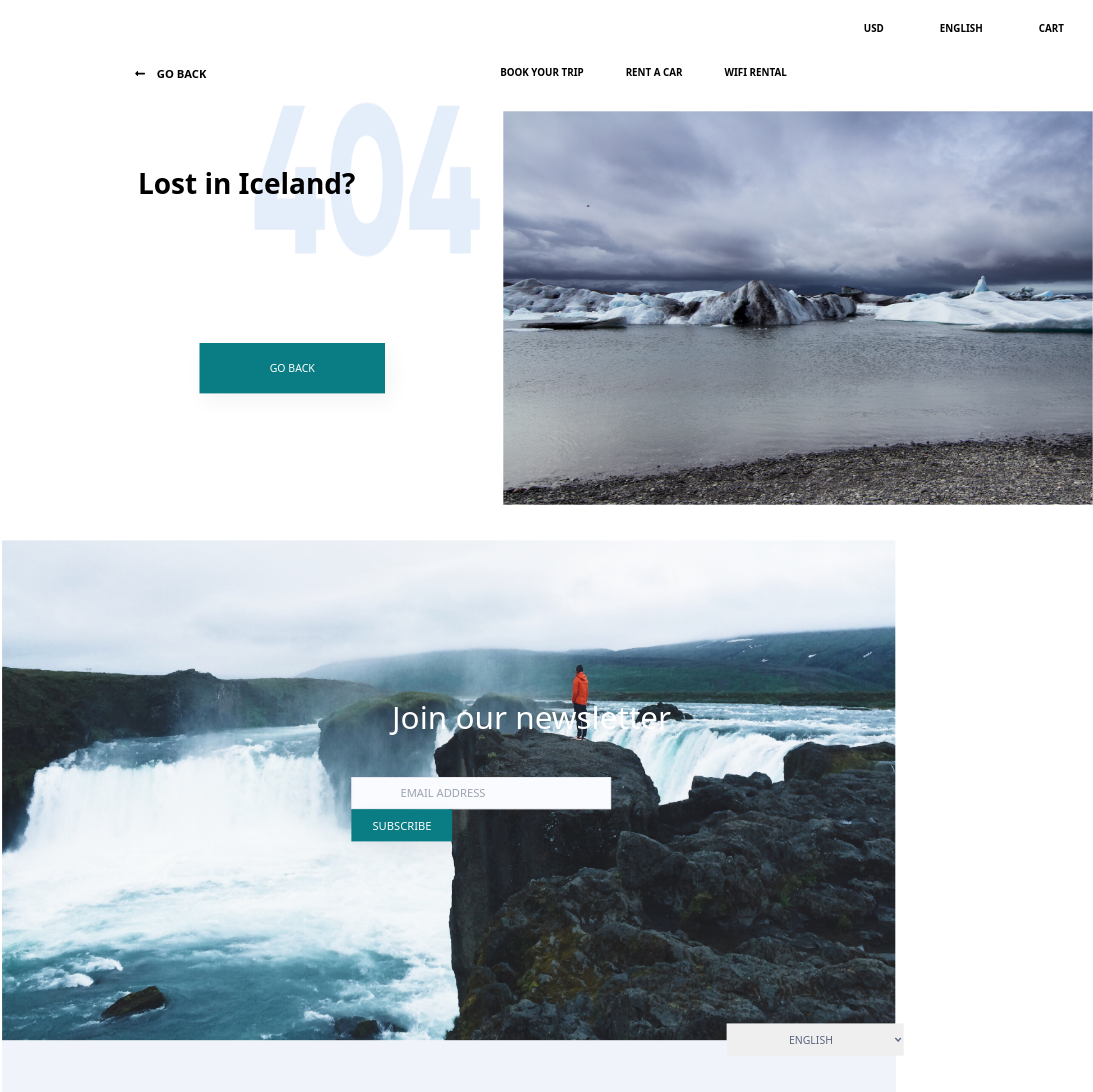
Repository: uh-sman/Iceland
Page: /
The author's editor kept a copy of each file at every save. The page is drawn from the files as they stood at one save, then again after the next save.
The browser window is 1280 px wide. The page is 1561 px wide, so the pictures cover 1561 px, including what lies to the right of the window. The pictures show the part of the page from y = 0 to 1560 px (the page is 2186 px tall), at 70% of full size.
The project was rebuilt for these pictures with package versions that can differ from the ones it lists, and the page was loaded fresh each time.

Above is the page before, as saved 2022-09-10 02:51:32.

After the next save:
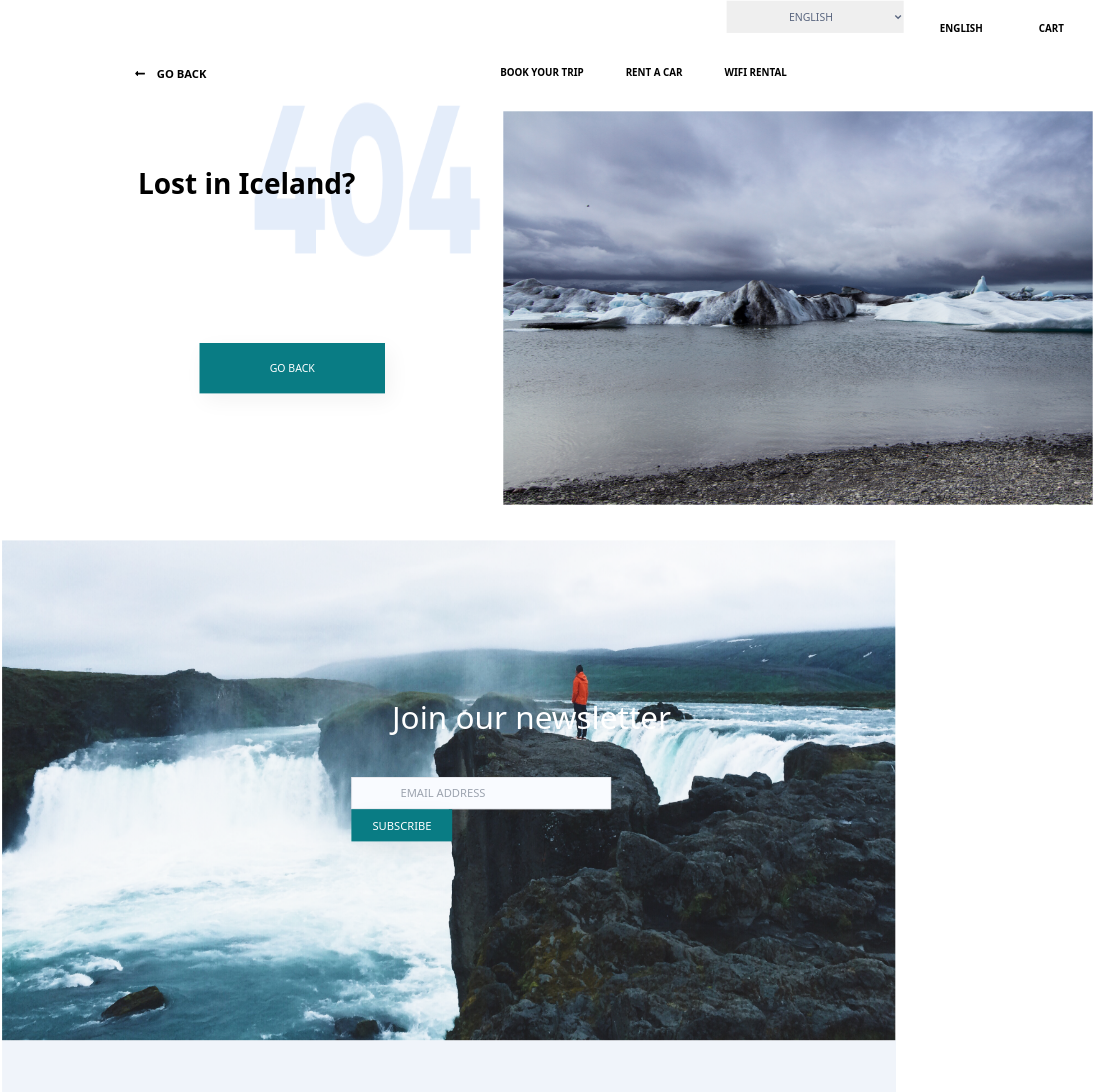
Saved 78 s later.
--- a/src/components/Footer.js
+++ b/src/components/Footer.js
@@ -30,12 +30,12 @@ export const Footer = () => {
           </ul>
         </div>
       </div>
-      <div className="absolute left-[1038px] top-[1717px] box-border">
+      <div className="absolute left-[1038px] top-[1708px] box-border">
         <select className="px-[85px] py-3">
           <option>ENGLISH</option>
         </select>
       </div>
-      <div className="absolute left-[1038px] top-[1462px] box-border">
+      <div className="absolute left-[1038px] top-[1px] box-border">
         <select className="px-[85px] py-3">
           <option>ENGLISH</option>
         </select>
